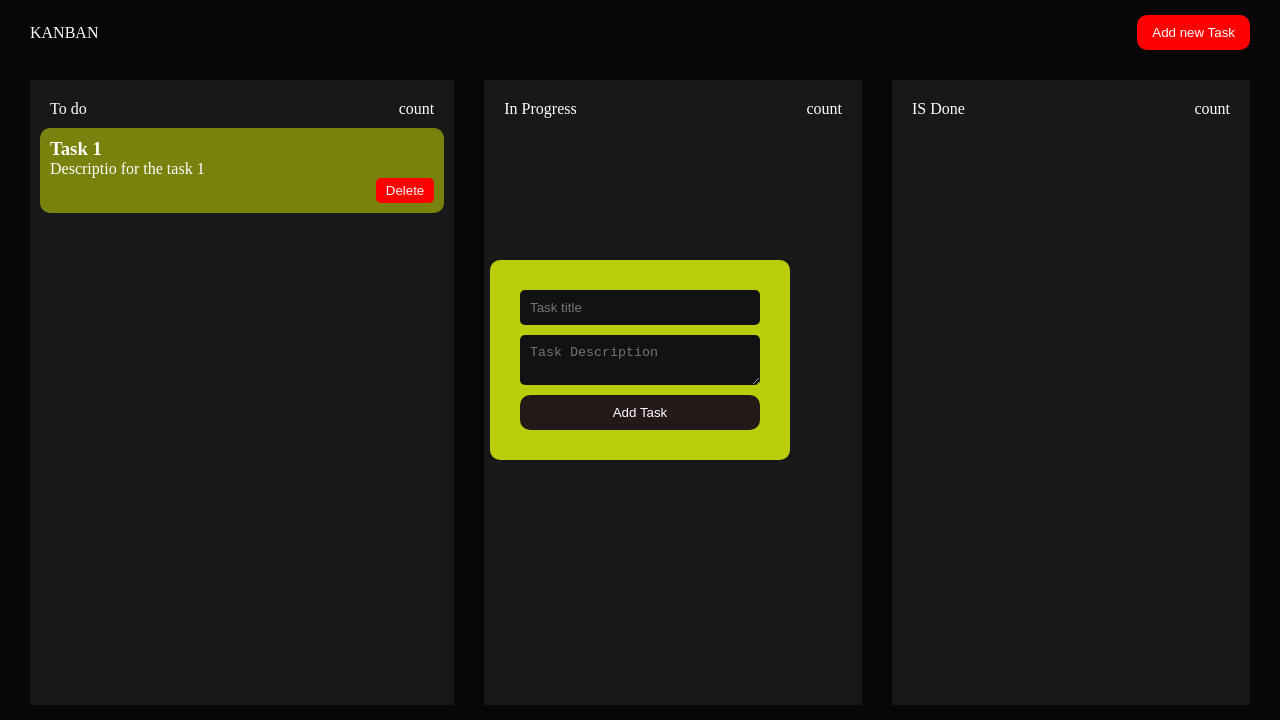
Repository: Sandeepji-5/Kanban-board
Page: index.html
The author's editor kept a copy of each file at every save. The page is drawn from the files as they stood at one save, then again after the next save.
The browser window is 1280 px wide. The pictures show the whole page.

Above is the page before, as saved 2025-12-09 15:32:06.

After the next save:
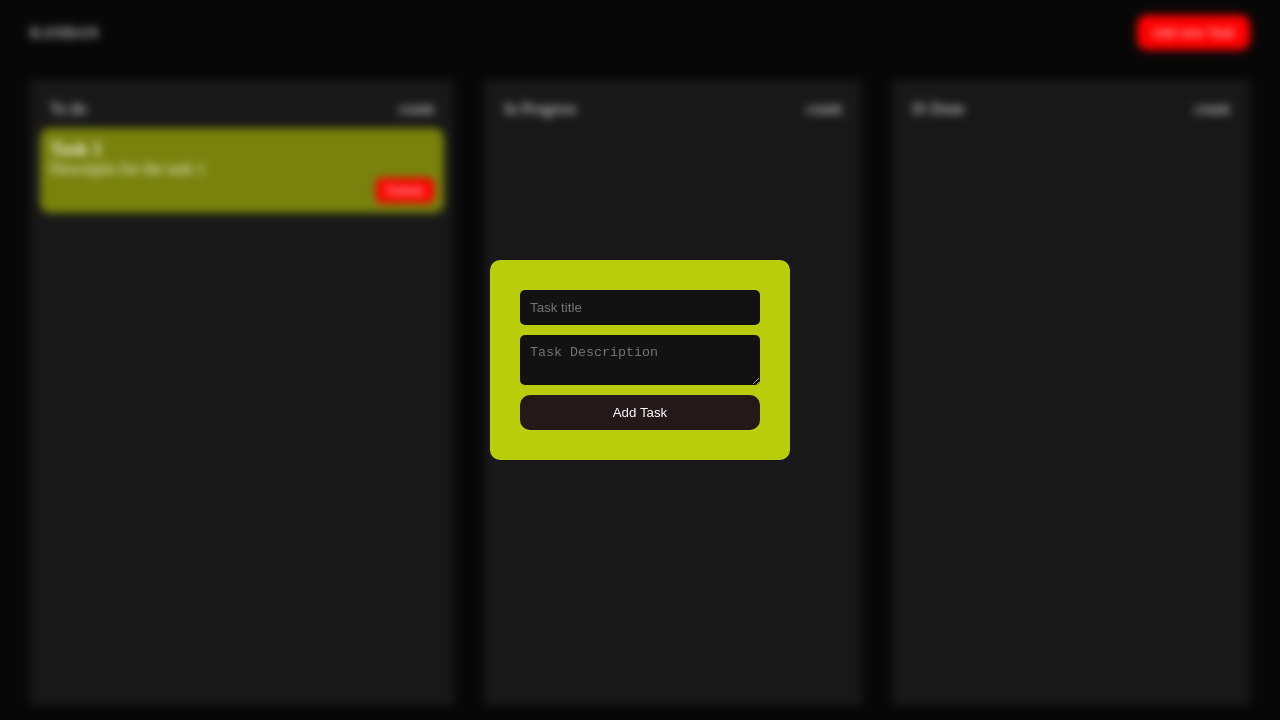
Saved 33 s later.
--- a/style.css
+++ b/style.css
@@ -146,7 +146,7 @@ section .task-column .task button{
 
 
 }
-/* .modal .bg{
+.modal .bg{
     position: absolute;
 
     height: 100%;
@@ -156,7 +156,7 @@ section .task-column .task button{
     align-items: center;
     justify-content: center;
     backdrop-filter: blur(4px );
-} */
+}
 
 .modal .center{
     background-color: rgb(185, 205, 11);
